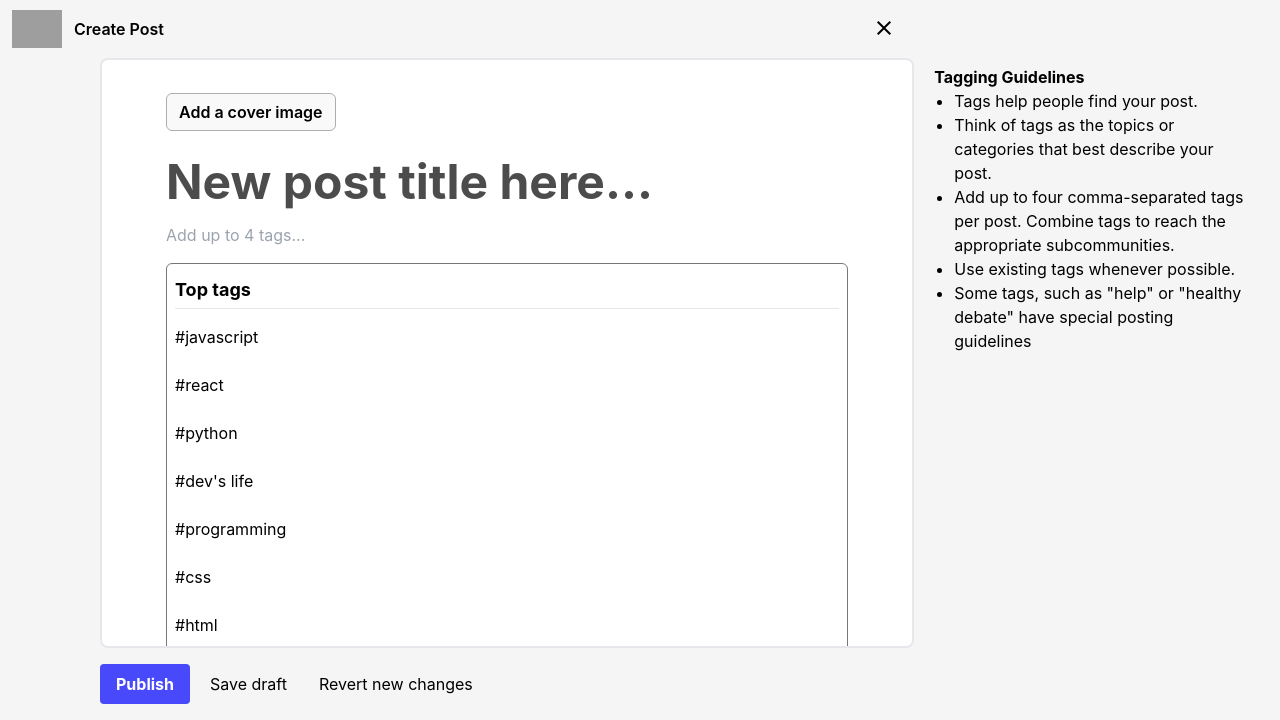
Repository: dat-nguyen-2001/Dev.to
Page: /new (app in client/)
These files come from the project's save history. The page is drawn as it stood at one moment and after the next save; the edit follows.
The browser window is 1280 px wide. The pictures show the whole page.
Pictures or frames that could not be fetched are drawn as grey boxes. An inner scrolling area shows only its first screen. The project was rebuilt for these pictures with package versions that can differ from the ones it lists, and the page was loaded fresh each time. Also part of the build but not shown: client/src/components/Footer.tsx, client/src/components/nav/GuestNav.tsx, client/src/components/nav/NavBar.tsx, client/src/components/Layout.tsx, client/src/pages/about.tsx, client/src/components/SignInForm.tsx, client/src/components/SignInPlatform.tsx, client/src/pages/enter.tsx and 1 more.

Above is the page before, as saved 2022-09-25 12:06:55.

### client/public/index.html
<!DOCTYPE html>
<html lang="en">
  <head>
    <meta charset="utf-8" />
    <link rel="icon" href="%PUBLIC_URL%/dev.to-icon.png" />
    <meta name="viewport" content="width=device-width, initial-scale=1" />
    <meta name="theme-color" content="#000000" />
    <meta
      name="description"
      content="Web site created using create-react-app"
    />
  </head>
  <body>
    <noscript>You need to enable JavaScript to run this app.</noscript>
    <div id="root"></div>
  </body>
</html>

### client/src/index.tsx
import React from 'react';
import ReactDOM from 'react-dom/client';
import './index.css';
import App from './App';
import reportWebVitals from './reportWebVitals';

const root = ReactDOM.createRoot(
  document.getElementById('root') as HTMLElement
);
root.render(
  <React.StrictMode>
      <App />
  </React.StrictMode>
);

// If you want to start measuring performance in your app, pass a function
// to log results (for example: reportWebVitals(console.log))
// or send to an analytics endpoint. Learn more: https://bit.ly/CRA-vitals
reportWebVitals();

### client/src/index.css
@tailwind base;
@tailwind components;
@tailwind utilities;

body {
  margin: 0;
  font-family: -apple-system, BlinkMacSystemFont, 'Segoe UI', 'Roboto', 'Oxygen',
    'Ubuntu', 'Cantarell', 'Fira Sans', 'Droid Sans', 'Helvetica Neue',
    sans-serif;
  -webkit-font-smoothing: antialiased;
  -moz-osx-font-smoothing: grayscale;
  background-color: #f5f5f5;
}

code {
  font-family: source-code-pro, Menlo, Monaco, Consolas, 'Courier New',
    monospace;
}


.space-between {
  justify-content: space-between;
}

.icon {
  @apply w-9 h-9 hover:text-[blue]/70 hover:bg-[#e2e3f3] text-center cursor-pointer rounded py-1
}

/* make words between a line */

.linedWord::before, .linedWord::after {
  content: "";
  flex: 1 1;
  border-bottom : 1px solid black;
  margin: auto
}

.linedWord::before {
  margin-right: 5px
}

.linedWord::after {
  margin-left: 5px
}

.registerInput {
  @apply h-[40px] border-[1px] rounded pl-1
}

### client/src/App.tsx
import {
  BrowserRouter as Router,
  Routes,
  Route,
} from 'react-router-dom';

import AboutPage from './pages/about';
import SignIn from './pages/enter';
import HomePage from './pages/home';
import New from './pages/new';

function App() {
  return (<Router>
    <Routes>
    <Route path='/' element={< HomePage />}></Route>
      <Route path='/about' element={< AboutPage />}></Route>
      <Route path='/enter' element={< SignIn />}></Route>
      <Route path='/new' element={< New />}></Route>
    </Routes>
  </Router>

  );
}

export default App;

### client/src/pages/new.tsx
import ClearIcon from '@mui/icons-material/Clear';
import FormatListNumberedIcon from '@mui/icons-material/FormatListNumbered';
import FormatListBulletedIcon from '@mui/icons-material/FormatListBulleted';
import FormatBoldIcon from '@mui/icons-material/FormatBold';
import FormatItalicIcon from '@mui/icons-material/FormatItalic';
import ImageIcon from '@mui/icons-material/Image';
import AttachmentIcon from '@mui/icons-material/Attachment';
import MoreVertIcon from '@mui/icons-material/MoreVert';
import FormatQuoteIcon from '@mui/icons-material/FormatQuote';
import CodeIcon from '@mui/icons-material/Code';
import BoltIcon from '@mui/icons-material/Bolt';
import { useEffect, useState } from 'react';

const New = () => {

    //Handle creating new article
    const createArticle = () => {
        console.log('created!')
    }

    //Preview image uploaded by user
    const [url, setUrl] = useState<string>('')
    const handlePreviewImage = (e: any) => {
        const file = e.target.files[0];
        const url = URL.createObjectURL(file);
        setUrl(url)
    }

    //Handle tags
    const tags = ["javascript", "react", "python", "dev's life", "programming", "css", "html", "typescript", "mongodb"]

    // Resize textarea when typing
    const textarea = document.querySelector('textarea');
    const handleResize = (e: any) => {
        const area = e.target;
        area.style.height = "auto";
        area.style.height = area.scrollHeight + "px";
    }
    if (textarea !== null) {
        textarea.addEventListener('input', handleResize)
    }


    return (
        <div className='md:grid grid-cols-4 bg-[#f5f5f5] lg:grid-cols-7 2xl:pl-[100px]'>
            <div className='flex flex-col content-center h-screen col-span-3 lg:col-span-5'>
                <div className='h-[8vh] flex items-center space-between px-3'>
                    <div className='flex items-center space-x-3'>
                        <a href='/' className='hidden md:inline'>
                            <img src="https://dev-to-uploads.s3.amazonaws.com/uploads/logos/resized_logo_UQww2soKuUsjaOGNB38o.png" width={50} className="cursor-pointer" />
                        </a>
                        <p className='font-semibold'>Create Post</p>
                    </div>
                    <div className='icon'>
                        <a href='/'>
                            <ClearIcon />
                        </a>
                    </div>
                </div>
                <div className='overflow-y-auto bg-white h-[82vh] border-[2px] rounded-lg flex flex-col py-3 md:py-10 px-2 md:px-16 space-y-5 lg:ml-[100px]'>
                    <form>
                        <input type="file" name='file' id='file' onChange={handlePreviewImage} className='w-0 h-0 opacity-0 overflow-hidden absolute z-[-1] ' />
                        <label htmlFor='file' className='bg-[#f9f9f9] font-semibold px-3 py-2 cursor-pointer rounded-md border-black/30 border-[1.5px]'>Add a cover image</label>
                    </form>

                    {/* preview image */}
                    {url !== "" &&
                        <div className='flex items-center space-x-10'>
                            <img src={url} width={200} />
                            <button className='text-lg px-3 py-1 text-[red] hover:bg-[#eeeeee] rounded-md' onClick={() => setUrl('')}>Remove</button>
                        </div>}

                    <form>
                        <input placeholder='New post title here...' className='text-3xl md:text-4xl lg:text-5xl w-full h-[130%] outline-none font-bold placeholder-black/70' />
                    </form>
                    <form className='relative'>
                        <input placeholder='Add up to 4 tags...' className='w-full outline-none' />
                        <div className='z-[100] absolute top-10 flex flex-col space-y-1 px-2 bg-white w-full border-[.1em] border-solid border-[#777] rounded-md max-h-[500px] overflow-y-auto'>
                            <h2 className='text-lg font-bold pt-3'>Top tags</h2>
                            <hr></hr>
                            <ul className='flex flex-col space-y-0 cursor-pointer '>
                                {tags.map(tag => (
                                    <li key={tag} className='py-3 hover:text-[#3e45b2] hover:bg-[#f5f5f5]'>#{tag}</li>
                                ))}
                            </ul>
                        </div>
                    </form>
                    <div className='bg-[#f9f9f9] w-full'>
                        <div className='flex space-between py-4 px-2 '>
                            <div className='flex space-x-3'>
                                <div className='icon'>
                                    <FormatBoldIcon />
                                </div>
                                <div className='icon'>
                                    <FormatItalicIcon />
                                </div>
                                <div className='icon hidden sm:inline'>
                                    <AttachmentIcon />
                                </div>
                                <div className='icon'>
                                    <FormatListNumberedIcon />
                                </div>
                                <div className='icon'>
                                    <FormatListBulletedIcon />
                                </div>
                                <div className='icon hidden md:inline'>
                                    <FormatQuoteIcon />
                                </div>
                                <div className='icon hidden md:inline'>
                                    <CodeIcon />
                                </div>
                                <div className='icon hidden md:inline'>
                                    <BoltIcon />
                                </div>
                                <div className='icon'>
                                    <ImageIcon />
                                </div>
                            </div>
                            <div className='icon'>
                                <MoreVertIcon />
                            </div>
                        </div>

                    </div>
                    <div className='w-full'>
                        <textarea placeholder='Write your post content here...' className='outline-none text-lg w-full' />
                    </div>
                </div>
                <div className='h-[10vh] flex items-center px-3 space-x-2 lg:ml-[100px] lg:px-0'>
                    <button className='px-4 py-2 rounded bg-[blue]/70 hover:bg-[blue] text-white font-bold text-base' onClick={createArticle}>Publish</button>
                    <button className='px-3 py-2 rounded hover:text-[blue]/70 hover:bg-[#e2e3f3]'>Save draft</button>
                    <button className='hidden sm:inline px-3 py-2 rounded hover:text-[blue]/70 hover:bg-[#e2e3f3] text-md'>Revert new changes</button>
                </div>
            </div>

            <div className='hidden md:inline col-span-1 lg:col-span-2 h-[82vh] my-auto px-2 lg:px-5 md:mr-4'>
                <h1 className='font-bold'>Tagging Guidelines</h1>
                <ul className='text-[14px] lg:text-base list-disc pl-5 '>
                    <li>Tags help people find your post.</li>
                    <li>Think of tags as the topics or categories that best describe your post.</li>
                    <li>Add up to four comma-separated tags per post. Combine tags to reach the appropriate subcommunities.</li>
                    <li>Use existing tags whenever possible.</li>
                    <li>Some tags, such as "help" or "healthy debate" have special posting guidelines</li>
                </ul>
            </div>

        </div>
    )
}

export default New

Loaded but not shown: client/src/reportWebVitals.ts (common file); client/tailwind.config.js (common file)

After the next save:
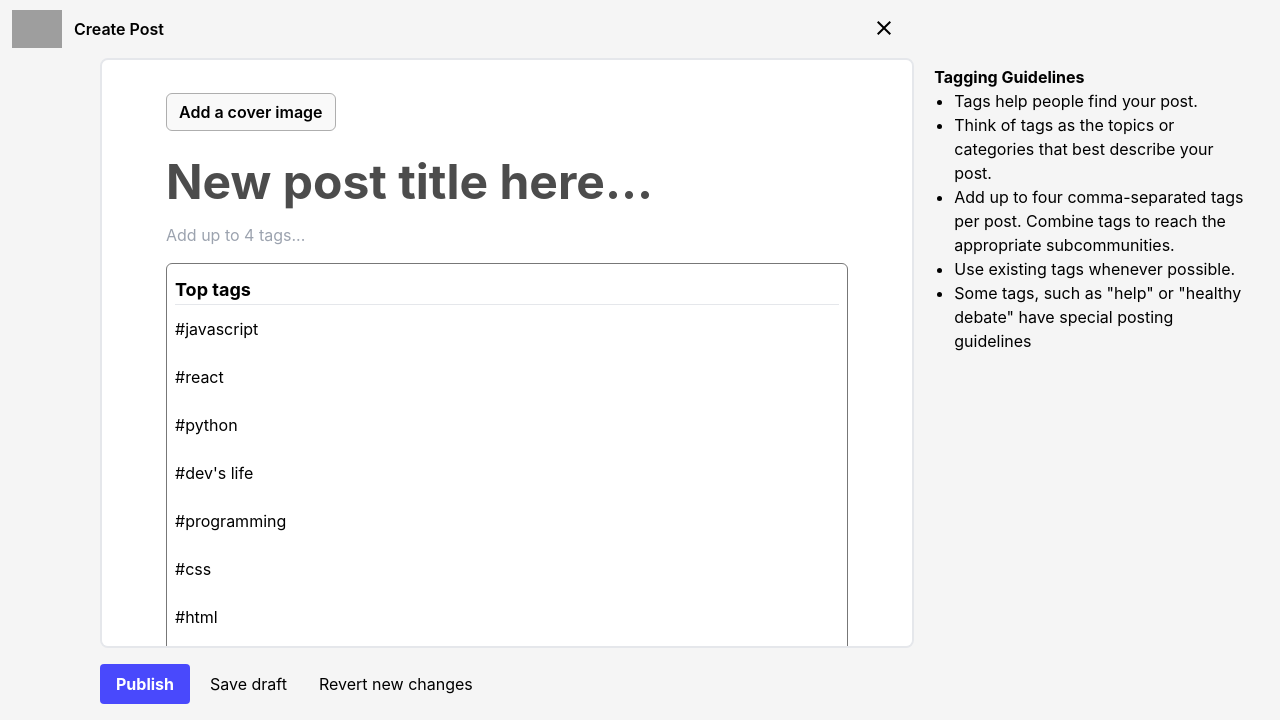
Saved 18 s later.
--- a/client/src/pages/new.tsx
+++ b/client/src/pages/new.tsx
@@ -75,7 +75,7 @@ const New = () => {
                     </form>
                     <form className='relative'>
                         <input placeholder='Add up to 4 tags...' className='w-full outline-none' />
-                        <div className='z-[100] absolute top-10 flex flex-col space-y-1 px-2 bg-white w-full border-[.1em] border-solid border-[#777] rounded-md max-h-[500px] overflow-y-auto'>
+                        <div className='z-[100] absolute top-10 flex flex-col px-2 bg-white w-full border-[.1em] border-solid border-[#777] rounded-md max-h-[500px] overflow-y-auto'>
                             <h2 className='text-lg font-bold pt-3'>Top tags</h2>
                             <hr></hr>
                             <ul className='flex flex-col space-y-0 cursor-pointer '>
